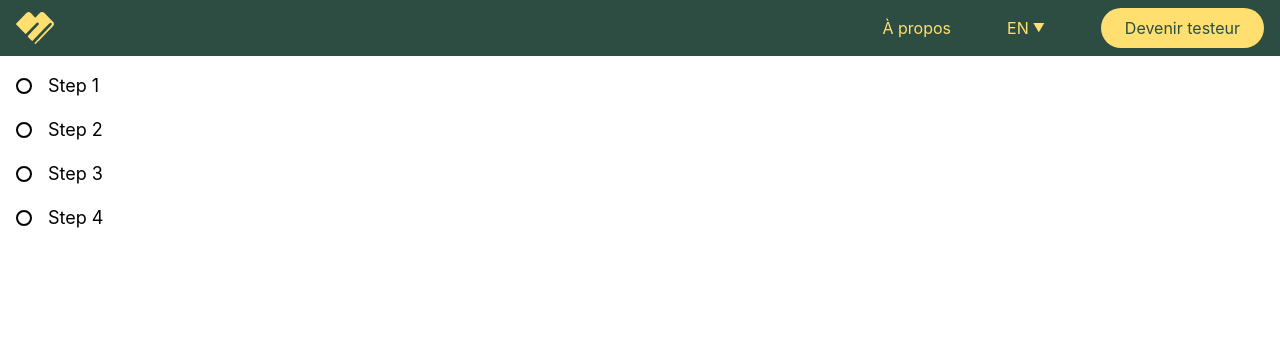
Repository: enas-elm/bookish-landing
Page: /
An editor plug-in stored every save of this project. The page is shown before and after the next save, followed by the edit.
The browser window is 1280 px wide. The pictures show the whole page.
The project was rebuilt for these pictures with package versions that can differ from the ones it lists, and the page was loaded fresh each time.

Above is the page before, as saved 2024-09-11 15:12:07.

After the next save:
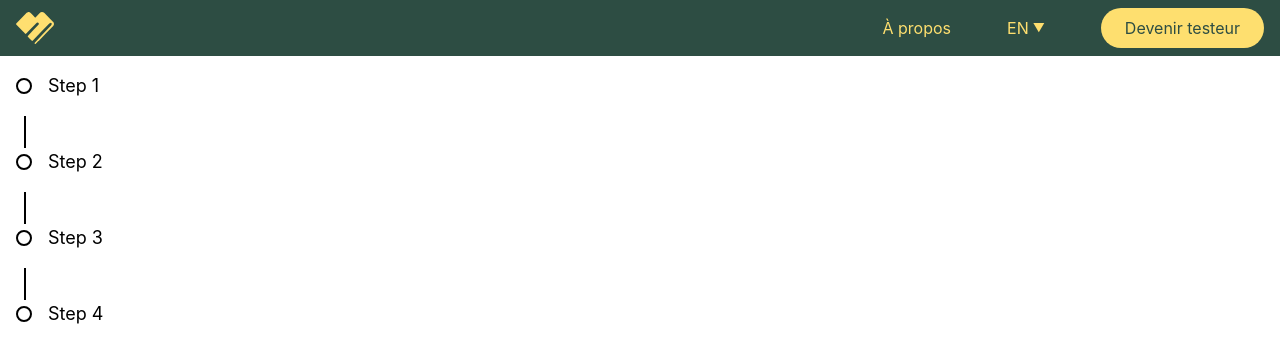
Saved 2 min 9 s later.
--- a/src/components/TimeLine.js
+++ b/src/components/TimeLine.js
@@ -15,25 +15,33 @@ function TimelineMenu() {
   };
 
   return (
-    <div className="flex flex-col items-start space-y-4 p-4">
-      {menuItems.map((item) => (
-        <div
-          key={item.id}
-          onClick={() => handleClick(item.id)}
-          className={`flex items-center cursor-pointer transition-colors ${
-            selectedItem === item.id
-              ? "text-white bg-blue-500"
-              : "text-gray-700"
-          }`}
-        >
+    <div className="flex flex-col items-start p-4">
+      {menuItems.map((item, index) => (
+        <div key={item.id} className="flex flex-col items-start">
+          {/* Timeline Item */}
           <div
-            className={`w-4 h-4 rounded-full border-2 mr-4 transition-colors ${
-              selectedItem === item.id
-                ? "border-blue-500 bg-blue-500"
-                : "border-gray-400"
+            onClick={() => handleClick(item.id)}
+            className={`flex items-center cursor-pointer transition-colors mb-4 ${
+              selectedItem === item.id ? "text-white" : "text-gray-700"
             }`}
-          ></div>
-          <span className="text-lg">{item.label}</span>
+          >
+            <div
+              className={`w-4 h-4 rounded-full border-2 mr-4 transition-colors ${
+                selectedItem === item.id
+                  ? "border-blue-500 bg-blue-500"
+                  : "border-gray-400"
+              }`}
+            ></div>
+            <span className="text-lg">{item.label}</span>
+          </div>
+          {/* Vertical Line */}
+          {index < menuItems.length - 1 && (
+            <div
+              className={`h-8 border-l-2 ml-2 transition-colors ${
+                selectedItem === item.id ? "border-blue-500" : "border-gray-400"
+              }`}
+            ></div>
+          )}
         </div>
       ))}
     </div>
